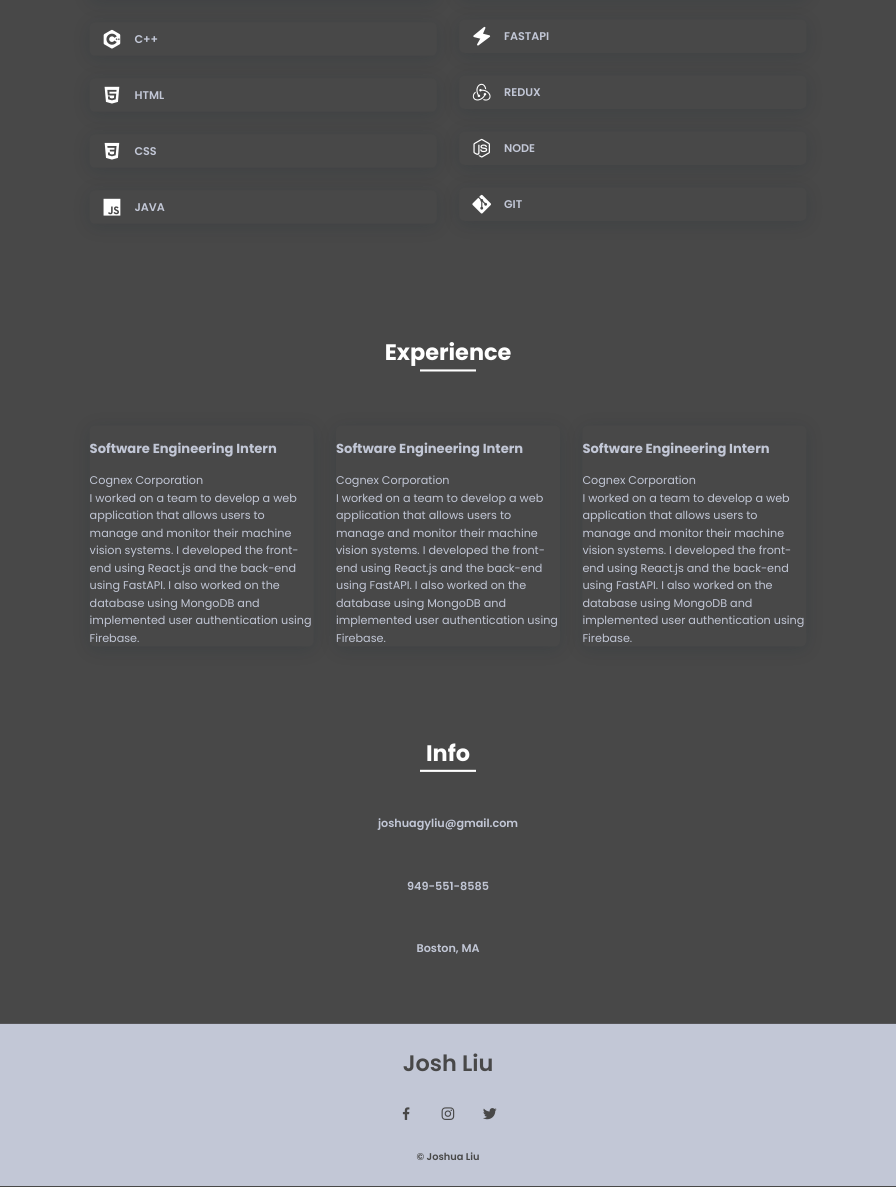
Repository: joshliu14/joshliu14.github.io
Page: index.html
These files come from the project's save history. The page is drawn as it stood at one moment and after the next save; the edit follows.
The browser window is 1280 px wide. The pictures show the part of the page from y = 1764 to 3684 px (the page is 3459 px tall before and 3684 px after), at 70% of full size.

Above is the page before, as saved 2024-02-01 00:41:30.

After the next save:
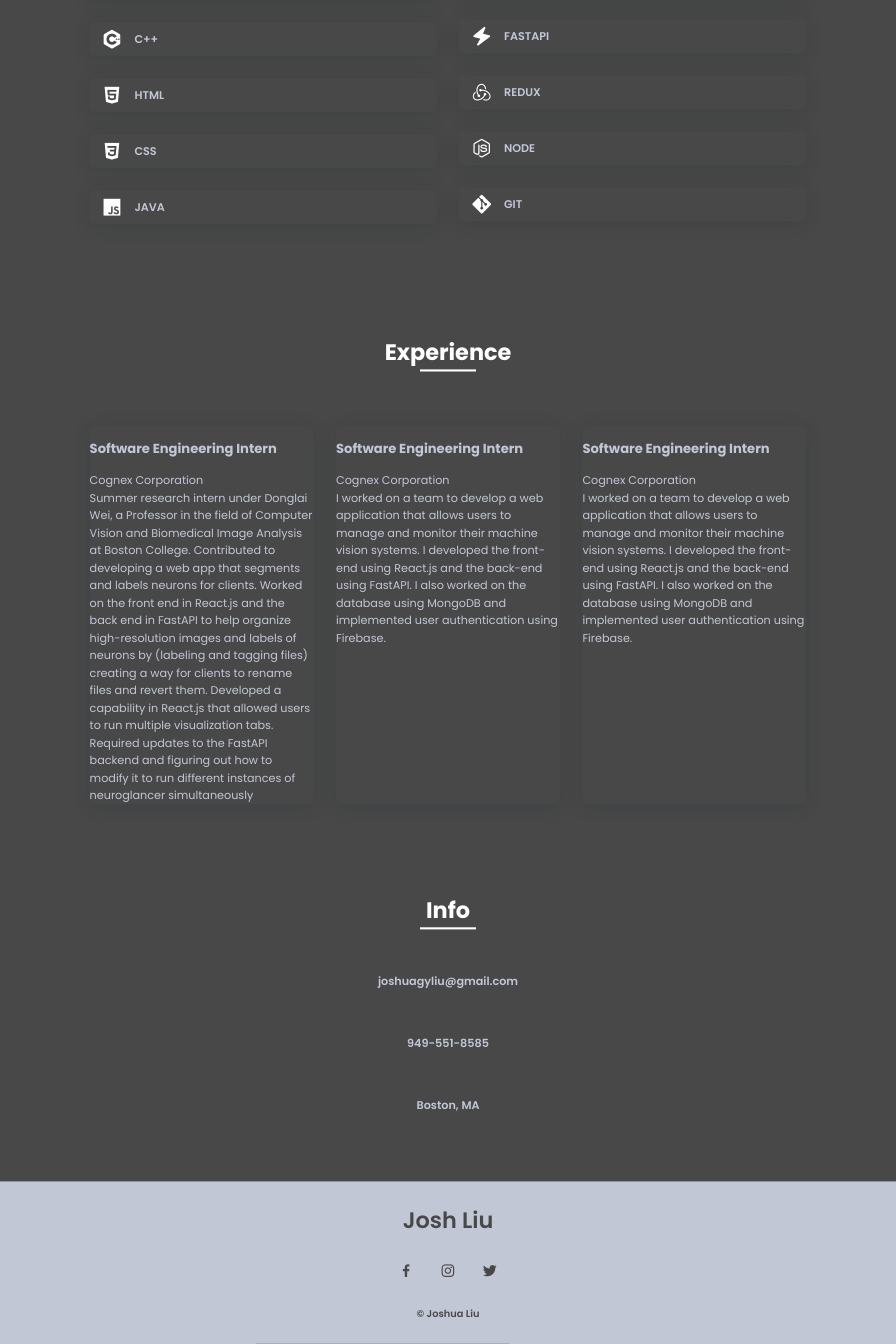
Saved 11 s later.
--- a/index.html
+++ b/index.html
@@ -235,11 +235,7 @@
                 <h3 class="work__title">Software Engineering Intern</h3>
                 <span class="work__subtitle">Cognex Corporation</span>
                 <p class="work__description">
-                    I worked on a team to develop a web application that allows
-                    users to manage and monitor their machine vision systems. I
-                    developed the front-end using React.js and the back-end using
-                    FastAPI. I also worked on the database using MongoDB and
-                    implemented user authentication using Firebase.
+                    Summer research intern under Donglai Wei, a Professor in the field of Computer Vision and Biomedical Image Analysis at Boston College. Contributed to developing a web app that segments and labels neurons for clients. Worked on the front end in React.js and the back end in FastAPI to help organize high-resolution images and labels of neurons by (labeling and tagging files) creating a way for clients to rename files and revert them. Developed a capability in React.js that allowed users to run multiple visualization tabs. Required updates to the FastAPI backend and figuring out how to modify it to run different instances of neuroglancer simultaneously
                 </p>
                 </div>
                 <div class="work__img">
